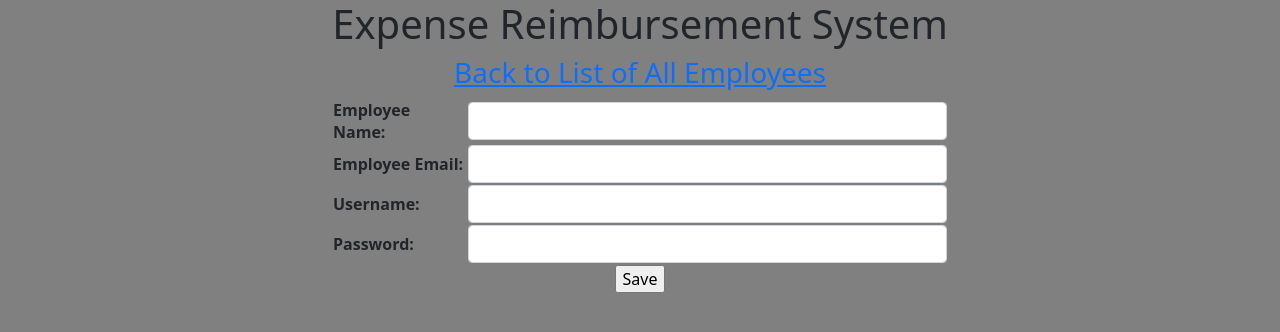
Repository: CCunningham0/project1
Page: http://localhost/reimbursement/employee-form.jsp
An editor plug-in stored every save of this project. The page is shown before and after the next save, followed by the edit.
The browser window is 1280 px wide. The pictures show the whole page.
The page is served by Tomcat 10. Other server files are loaded and not shown.

Above is the page before, as saved 2021-09-07 05:34:31.

### reimbursement/src/main/webapp/employee-form.jsp
<html>
<head>
<meta charset="UTF-8">
<title>Expense Reimbursement System</title>
<link href="https://cdn.jsdelivr.net/npm/bootstrap@5.1.0/dist/css/bootstrap.min.css" rel="stylesheet" integrity="sha384-KyZXEAg3QhqLMpG8r+8fhAXLRk2vvoC2f3B09zVXn8CA5QIVfZOJ3BCsw2P0p/We" crossorigin="anonymous">
<script src="https://cdn.jsdelivr.net/npm/bootstrap@5.1.0/dist/js/bootstrap.bundle.min.js" integrity="sha384-U1DAWAznBHeqEIlVSCgzq+c9gqGAJn5c/t99JyeKa9xxaYpSvHU5awsuZVVFIhvj" crossorigin="anonymous"></script>
<script type="text/javascript" language="javascript" src="https://code.jquery.com/jquery-3.5.1.js"></script>
<script type="text/javascript">
</script>

</head>

<body style="background-color:grey;">



<div class="container-fluid">
<div class="row">
	<div class="col-md-3"></div>
	<div class="col-md-6" style="text-align:center;" >
	 <h1>Expense Reimbursement System</h1>
        <h3>
         <a href="employee-list.jsp">Back to List of All Employees</a>
        </h3>


	<form action="http://localhost:8080/reimbursement/EmployeeServlet?action=add" method="post">
        <table>
        <tr>
                <th>Employee Name: </th>
                <td>
                 <input class="form-control" type="text" name="name" size="45"

                  />
                </td>
            </tr>
            <tr>
                <th>Employee Email: </th>
                <td>
                 <input class="form-control"  type="text" name="email" size="45"

                 />
                </td>
            </tr>
            <tr>
                <th>Username: </th>
                <td>
                 <input class="form-control"  type="text" name="username" size="15"

                 />
                </td>
            </tr>
            <tr>
                <th>Password: </th>
                <td>
                 <input class="form-control" type="number" name="password" size="15"/>
                </td>
            </tr>
            <!-- <tr>
                <th>Type </th>
                <td>
				  <input type="radio" id="emp" name="type" value="Employee">
				  <label for="emp">Employee</label>
				  <br>
				  <input type="radio" id="manager" name="type" value="Finance manager">
				  <label for="manager">Finance manager</label>
                </td>
            </tr> -->
            <tr>
             <td colspan="2" align="center">
              <input type="submit" value="Save" />
             </td>
            </tr>
        </table>
   </form>


	</div>

	<div class="col-md-3"></div>
</div>

</div>


</body>
</html>

After the next save:
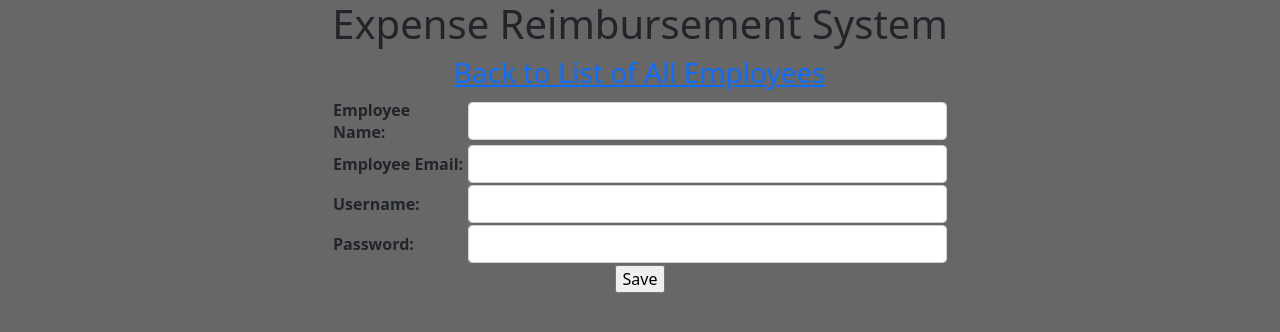
Saved 22 s later.
--- a/reimbursement/src/main/webapp/employee-form.jsp
+++ b/reimbursement/src/main/webapp/employee-form.jsp
@@ -10,7 +10,7 @@
 
 </head>
 
-<body style="background-color:grey;">
+<body style="background-color:#676767;">
 
 
 
